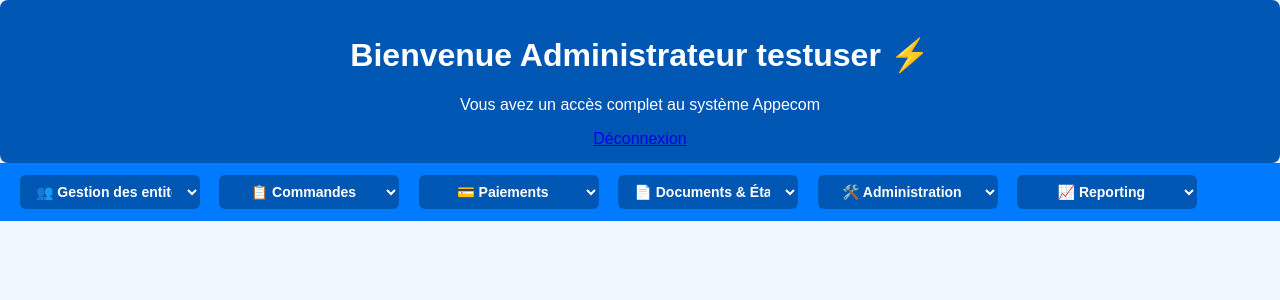
Repository: ROOSVELTTEUBOU/Projet-dev
Page: http://localhost/fonction_interne/dashboard_admin.php
An editor plug-in stored every save of this project. The page is shown before and after the next save, followed by the edit.
The browser window is 1280 px wide. The pictures show the whole page.
The page is run by PHP 8.4 with error messages shown; the project is at /var/www/html/. The session is filled in as if someone had signed in: {"id_utilisateur": 1, "user": "testuser"}.

Above is the page before, as saved 2026-02-20 12:38:12.

After the next save:
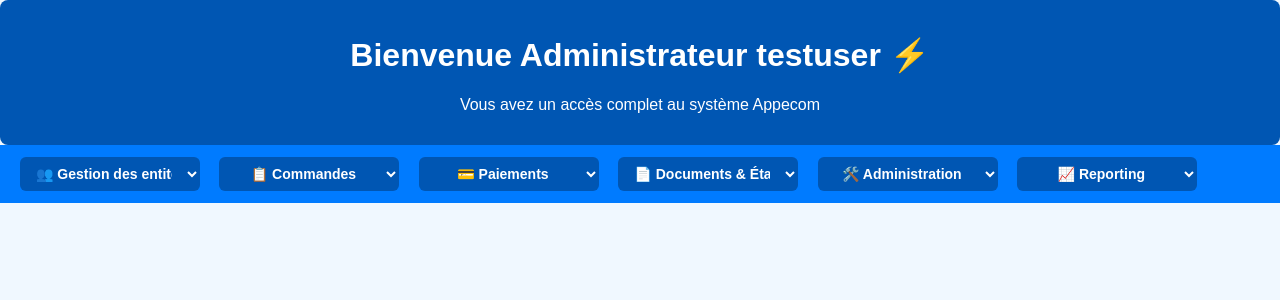
Saved 40 s later.
--- a/fonction_interne/dashboard_admin.php
+++ b/fonction_interne/dashboard_admin.php
@@ -57,7 +57,6 @@ if (!isset($_SESSION['id_utilisateur'])) {
   <header>
     <h1>Bienvenue Administrateur <?php echo $_SESSION['user']; ?> ⚡</h1>
     <p>Vous avez un accès complet au système Appecom</p>
-    <a href="logout.php" class="logout">Déconnexion</a>
   </header>
 
   <nav>
